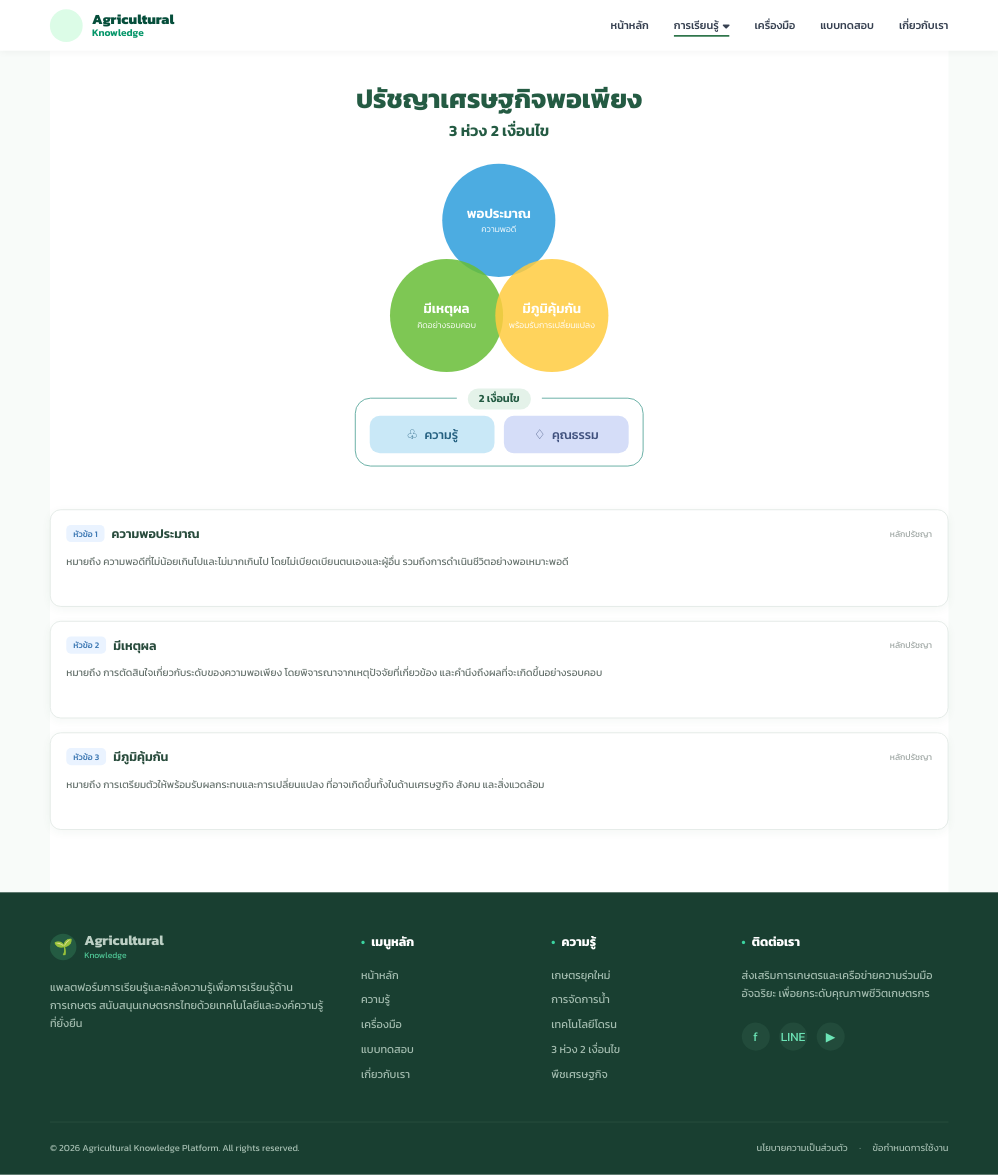
Repository: nuwat-wa/Project-WebdesignAG
Page: ag3.html
These files come from the project's save history. The page is drawn as it stood at one moment and after a run of saves; the edit follows.
The browser window is 1280 px wide. The pictures show the whole page, at 78% of full size.

Above is the page before, as saved 2026-10-01 14:50:53.

After the next 2 saves:
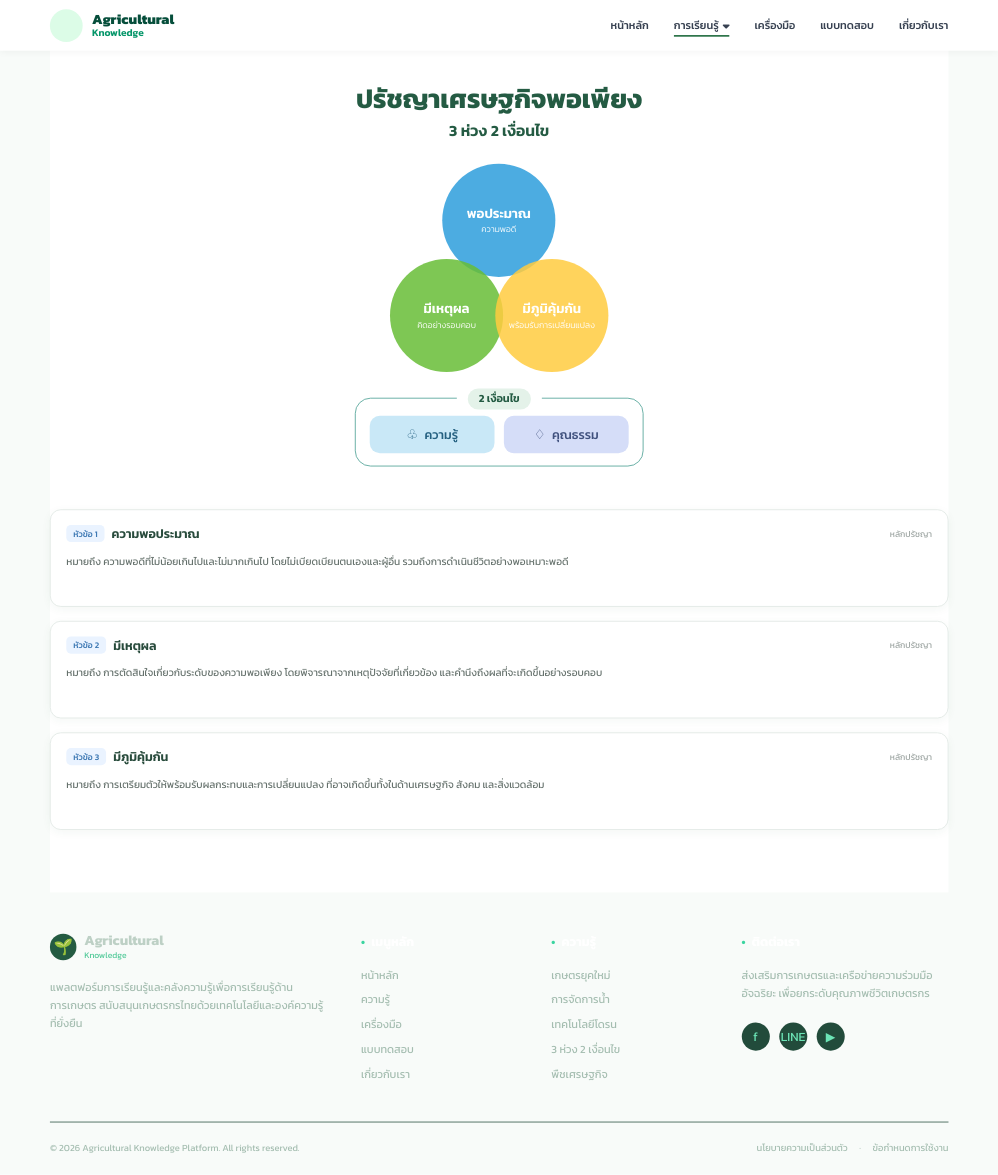
The 2 saves are shown as one change because they came seconds apart.
The last was saved 11 s later.
--- a/style/ag3.css
+++ b/style/ag3.css
@@ -419,7 +419,7 @@
 .site-footer {
   width: 100%;
   padding: 50px 5% 25px;
-  background: #193f31;
+  background: ##114827;
   color: #a4bdb0;
   font-size: 14px;
   line-height: 1.7;

After the save that followed:
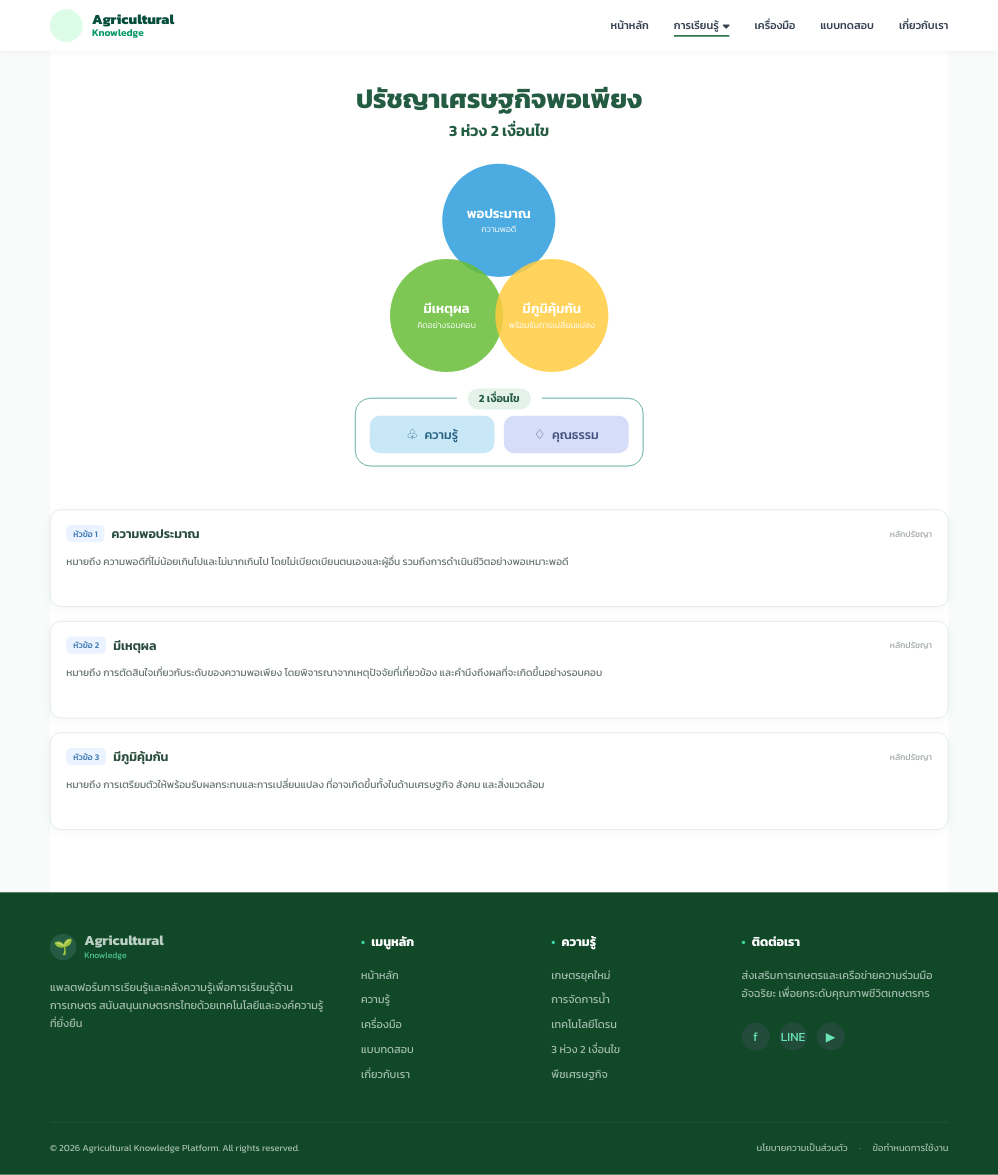
Saved 4 s later.
--- a/style/ag3.css
+++ b/style/ag3.css
@@ -419,7 +419,7 @@
 .site-footer {
   width: 100%;
   padding: 50px 5% 25px;
-  background: ##114827;
+  background: #114827;
   color: #a4bdb0;
   font-size: 14px;
   line-height: 1.7;
